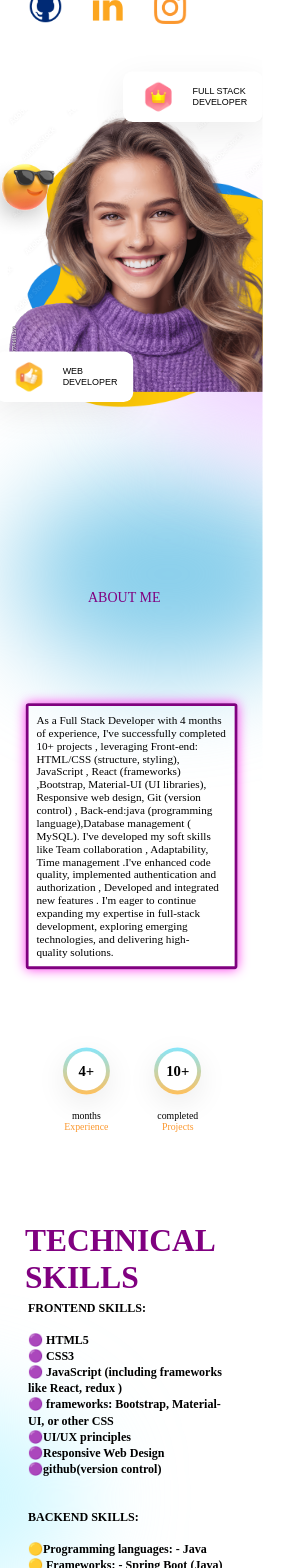
Repository: glorysandy/Protfolio
Page: /
These files come from the project's save history. The page is drawn as it stood at one moment and after a run of saves; the edit follows.
The browser window is 375 px wide. The page is 440 px wide, so the pictures cover 440 px, including what lies to the right of the window. The pictures show the part of the page from y = 710 to 2950 px (the page is 7463 px tall), at 70% of full size.
Some web fonts or font styles are not loaded; a fallback is used. The project was rebuilt for these pictures with package versions that can differ from the ones it lists, and the page was loaded fresh each time. Imported but missing from the stored project, and not drawn on this page: src/components/Services/SANDHIYA.P (RESUME).pdf.

Above is the page before, as saved 2024-10-17 16:13:18.

After the next 2 saves:
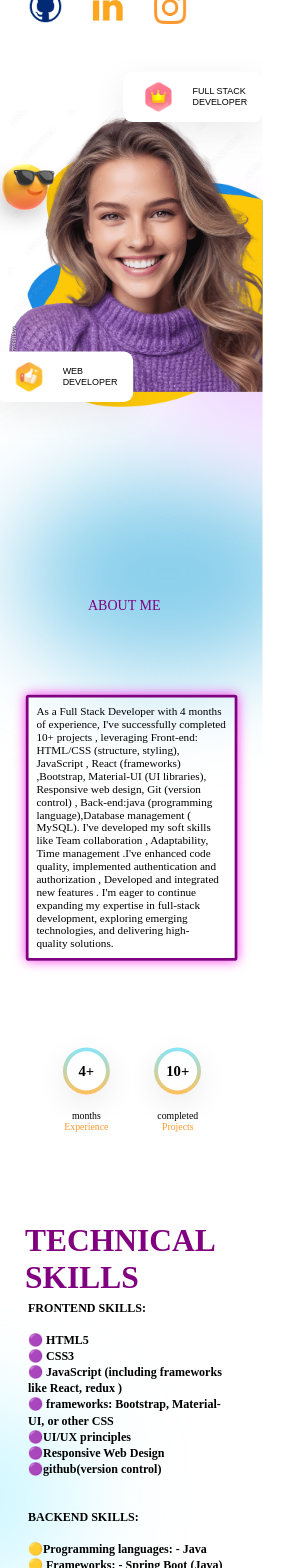
The 2 saves are shown as one change because they came seconds apart.
The last was saved 12 s later.
--- a/src/components/Testimonials/Testimonial.css
+++ b/src/components/Testimonials/Testimonial.css
@@ -92,7 +92,7 @@ border-radius: 5px;
     .dup  {
 
         display: flex;
-        margin-top: 4vh;
+        margin-top: 1vh;
         transform: scale(0.8);
         border: 5px solid purple;
         color: black;
